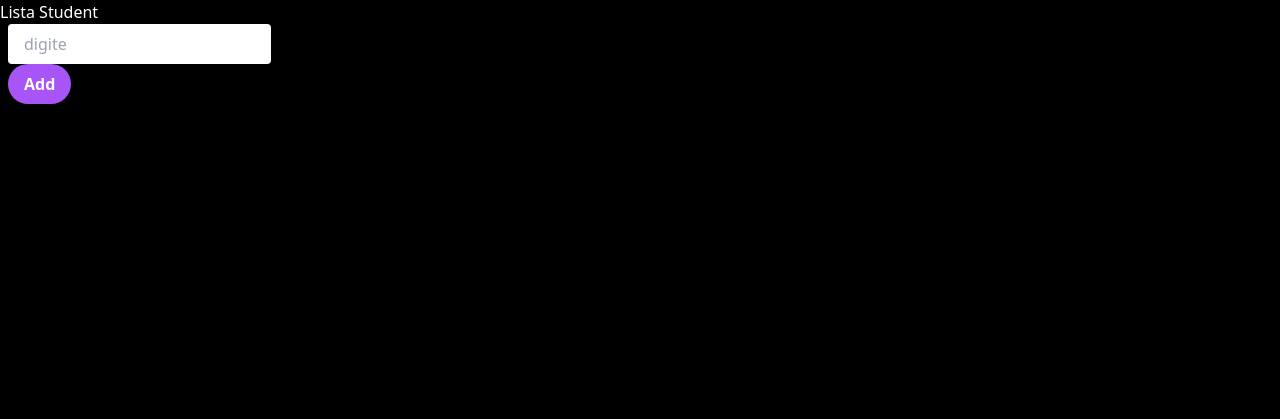
Repository: LuisSempre/FundamentosReact
Page: /
An editor plug-in stored every save of this project. The page is shown before and after the next save, followed by the edit.
The browser window is 1280 px wide. The pictures show the whole page.
The project was rebuilt for these pictures with package versions that can differ from the ones it lists, and the page was loaded fresh each time. Also part of the build but not shown: vite.config.js, src/components/Card.jsx.

Above is the page before, as saved 2022-06-28 18:19:25.

### src/main.jsx
import React from 'react'
import ReactDOM from 'react-dom/client'
import { Home } from './pages/Home'
import './index.css'

ReactDOM.createRoot(document.getElementById('root')).render(
  <React.StrictMode>
    <Home />
  </React.StrictMode>
)

### src/pages/Home.jsx
import { useState } from "react";
import { Card } from "../components/Card";

export function Home() {
  const [student, setStudent] = useState("Student");
  const [students, setStudents] = useState([]);

  function studentAdd() {
    const newStudent = {
      name: student,
      time: new Date().toLocaleDateString("pt-br", {
        hour: "2-digit",
        minute: "2-digit",
        second: "2-digit",
      }),
    };
    setStudents((prevState) => [...prevState, newStudent]);
  }
  return (
    <div className="items-center justify-center min-h-screen space-x-2">
      <div>
        <h1>Lista {student} </h1>
      </div>
      <div>
        <input
          onChange={(e) => setStudent(e.target.value)}
          className="px-4 py-2 text-black bg-white rounded"
          type="text"
          placeholder="digite"
        />
      </div>
      <div>
        <button
        className="px-4 py-2 font-bold bg-purple-500 rounded-full"
        onClick={studentAdd}>Add</button>
        {students.map((student) => (
          <Card name={student.name} time={student.time} />
        ))}
      </div>
    </div>
  );
}

### src/index.css
@tailwind base;
@tailwind components;
@tailwind utilities;

* {
    @apply bg-black text-white;
}

Loaded but not shown: index.html (common file); tailwind.config.js (common file)

After the next save:
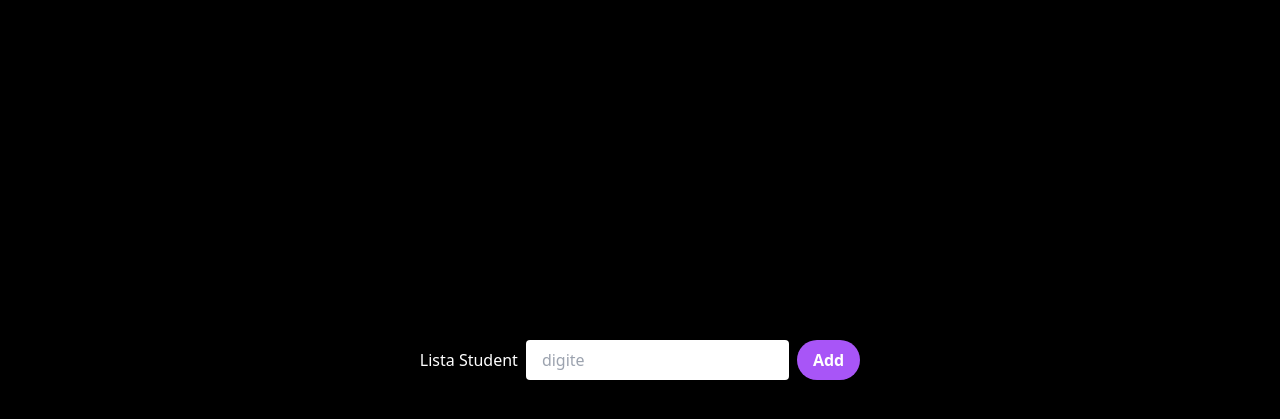
Saved 4 s later.
--- a/src/pages/Home.jsx
+++ b/src/pages/Home.jsx
@@ -17,7 +17,7 @@ export function Home() {
     setStudents((prevState) => [...prevState, newStudent]);
   }
   return (
-    <div className="items-center justify-center min-h-screen space-x-2">
+    <div className="flex items-center justify-center min-h-screen space-x-2">
       <div>
         <h1>Lista {student} </h1>
       </div>
